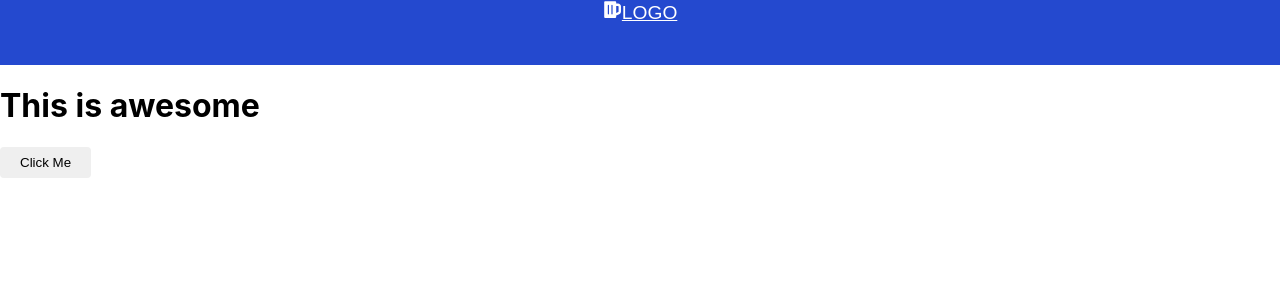
Repository: ajaygc95/Django-and-react
Page: / (app in galamart_sell/reactfrontend/)
These files come from the project's save history. The page is drawn as it stood at one moment and after the next save; the edit follows.
The browser window is 1280 px wide. The pictures show the whole page.
The project was rebuilt for these pictures with package versions that can differ from the ones it lists, and the page was loaded fresh each time. Also part of the build but not shown: galamart_sell/reactfrontend/src/components/Button.js, galamart_sell/reactfrontend/src/components/About.js, galamart_sell/reactfrontend/src/components/Shop.css, galamart_sell/reactfrontend/src/components/Shop.js, galamart_sell/reactfrontend/src/components/ItemDetail.js.

Above is the page before, as saved 2021-04-07 11:27:51.

### galamart_sell/reactfrontend/src/App.js
import React from "react";
import HeroPage from "./components/HeroPage";
import Nav from "./components/Nav";
import { BrowserRouter as Router, Switch, Route } from "react-router-dom";
import About from "./components/About";
import Shop from "./components/Shop";
import ItemDetail from "./components/ItemDetail";

function App() {
  return (
    <Router>
      <div className="container">
        <Nav></Nav>
        <Switch>
          <Route path="/" exact component={HeroPage}></Route>
          {/* <Route path="/about" component={About} />
          <Route path="/shop" exact component={Shop} />
          <Route path="/shop/:id" component={ItemDetail} /> */}
        </Switch>
      </div>
    </Router>
  );
}

export default App;

### galamart_sell/reactfrontend/src/components/HeroPage.js
import React from 'react'

function HeroPage() {
    return (
       <>
       <h1>This is awesome</h1>
       <div className='container'>
           <button className='btn btn-success'>Click Me</button>
       </div>
       </>
    )
}

export default HeroPage

### galamart_sell/reactfrontend/src/components/Nav.js
import React, { useState } from "react";
import { Link } from "react-router-dom";
import { FaBars, FaTimes, FaBeer } from "react-icons/fa";
import { Button } from "./Button";
import "./Nav.css";

function Nav() {
  const [click, setclick] = useState(false);
  const [button, setbutton] = useState(true);
  const handleClick = () => setclick(!click);

  const showButton = () => {
    if (window.innerWidth <= 960) {
      setbutton(false);
    } else {
      setbutton(true);
    }
  };

  window.addEventListener("resize", showButton);

  return (
    <>
      <nav className="navbar">
        <div className="navbar-container container">
          <Link to="/" className="navbar-logo">
            <FaBeer className="navbar-icon"></FaBeer>
            LOGO
          </Link>
        </div>
      </nav>
    </>
  );
}

export default Nav;

### galamart_sell/reactfrontend/src/components/Nav.css
.navbar {
  background: #2449cf;
  height: 65px;
  width: 100%;

  font-family: Arial, Helvetica, sans-serif;

  display: flex;
  justify-content: center;


}

.navbar-logo {
  color: white;
  font-size: 1.2rem;
}

/* .navbar {
  background: #2449cf;
  height: 65px;
  display: flex;
  justify-content: center;
  align-items: center;
  font-size: 1.2rem;
  position: sticky;
  top: 0;
}

.container {
  z-index: 1;
  width: 100%;
  margin-right: auto;
  margin-left: auto;
  padding-right: 50px;
  padding-left: 50px;
}

.navbar-container {
  display: flex;
  justify-content: space-between;
  height: 65px;
}

.navbar-logo {
  color: #fff;
  justify-self: start;
  cursor: pointer;
  text-decoration: none;
  font-size: 2rem;
  display: flex;
  align-items: center;
}

.navbar-icon {
  margin-right: 0.5rem;
} */

/*



.navbar-logo {
  color: #fff;
  justify-self: start;
  cursor: pointer;
  text-decoration: none;
  font-size: 2rem;
  display: flex;
  align-items: center;
}

.navbar-icon {
  margin-right: 0.5rem;
}

.nav-menu {
  display: flex;
  align-items: center;
  justify-content: center;
  list-style: none;
  text-align: center;
  justify-content: end;
}

.nav-item {
  height: 80px;
  border-bottom: 2px solid transparent;
}

.nav-item:hover {
  border-bottom: 2px solid #f00946;
}

.nav-links {
  color: #fff;
  display: flex;
  align-items: center;
  text-decoration: none;
  padding: 0.5rem 1rem;
  height: 100%;
}

.fa-bars {
  color: #fff;
}

.menu-icon {
  display: none;
}

@media screen and (max-width: 960px) {
  .NavbarItems {
    position: relative;
  }

  .nav-menu {
    display: flex;
    flex-direction: column;
    width: 100%;
    height: 90vh;
    position: absolute;
    top: 80px;
    left: -100%;
    opacity: 1;
    transition: all 0.5s ease;
  }

  .nav-menu.active {
    background: #1c2237;
    left: 0;
    opacity: 1;
    transition: all 0.6s ease;
    z-index: 1;
  }

  .nav-links {
    text-align: center;
    padding: 2rem;
    width: 100%;
    display: table;
  }

  .nav-links:hover {
    color: #f00946;
    transform: scale(1.2);
    transition: all 0.3s ease;
  }

  .nav-item:hover {
    border: none;
  }

  .nav-item {
    width: 100%;
  }

  .navbar-logo {
    position: absolute;
    top: 0;
    left: 0;
    transform: translate(25%, 50%);
  }

  .menu-icon {
    display: block;
    position: absolute;
    top: 0;
    right: 0;
    transform: translate(-100%, 60%);
    font-size: 1.8rem;
    cursor: pointer;
  }

  .fa-times {
    color: #fff;
    font-size: 2rem;
  }

  .nav-btn {
    display: flex;
    justify-content: center;
    align-items: center;
    width: 100%;
    height: 120px;
  }
} */

### galamart_sell/reactfrontend/src/components/Button.css
:root {
  --primary: #fff;
}

.btn {
  padding: 8px 20px;
  border-radius: 4px;
  outline: none;
  border: none;
  cursor: pointer;
  white-space: nowrap;

}

.btn--primary {
  background-color: var(--primary);
  color: #242424;
  border: 1px solid var(--primary);
}

.btn--outline {
  background-color: transparent;
  color: #fff;
  padding: 8px 20px;
  border: 1px solid var(--primary);
  transition: all 0.3s ease-out;
}

.btn--medium {
  padding: 8px 20px;
  font-size: 18px;
}

.btn--large {
  padding: 12px 26px;
  font-size: 20px;
}

.btn--mobile {
  text-align: center;
  border-radius: 4px;
  width: 80%;
  text-decoration: none;
  font-size: 1.5rem;
  background-color: transparent;
  color: #fff;
  padding: 14px 20px;
  border: 1px solid #fff;
  transition: all 0.3s ease-out;
}

.btn--wide {
  padding: 12px 64px;
  font-size: 20px;
}

.btn--large:hover,
.btn--medium:hover,
.btn--mobile:hover {
  transition: all 0.3s ease-out;
  background: #fff;
  color: #242424;
}

.btn--wide:hover {
  color: #fff;
  background-color: #f00946;
  transition: all 0.2s ease-out;
}

.btn-link {
  display: flex;
  justify-content: center;
  align-items: center;
  text-decoration: none;
  padding: 8px 16px;
  height: 100%;
  width: 100%;
}

.blue {
  background-color: #276afb;
  color: #fff;
  border: none;
}

.red {
  background-color: #f00946;
  color: #fff;
  border: none;
}

.primary {
  background-color: #242424;
  color: #fff;
  border: none;
}

.primary:hover {
  background-color: #fff;
  color: #242424;
  border: none;
}

.green {
  background: #25ce4a;
  color: #fff;
  border: none;
}

.green:hover {
  background-color: #242424;
}

Loaded but not shown: galamart_sell/reactfrontend/public/index.html (common file); galamart_sell/reactfrontend/src/index.js (common file); galamart_sell/reactfrontend/src/index.css (common file); galamart_sell/reactfrontend/src/reportWebVitals.js (common file)

After the next save:
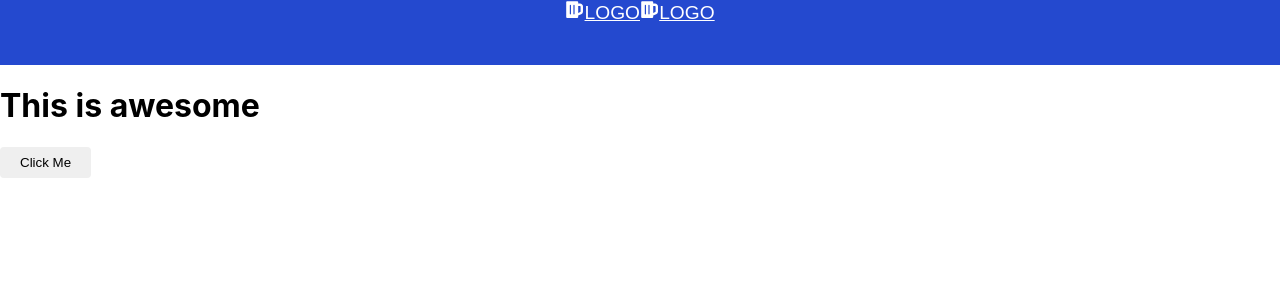
Saved 16 s later.
--- a/galamart_sell/reactfrontend/src/components/Nav.js
+++ b/galamart_sell/reactfrontend/src/components/Nav.js
@@ -28,6 +28,12 @@ function Nav() {
             LOGO
           </Link>
         </div>
+        <div className="navbar-container container">
+          <Link to="/" className="navbar-logo">
+            <FaBeer className="navbar-icon"></FaBeer>
+            LOGO
+          </Link>
+        </div>
       </nav>
     </>
   );
